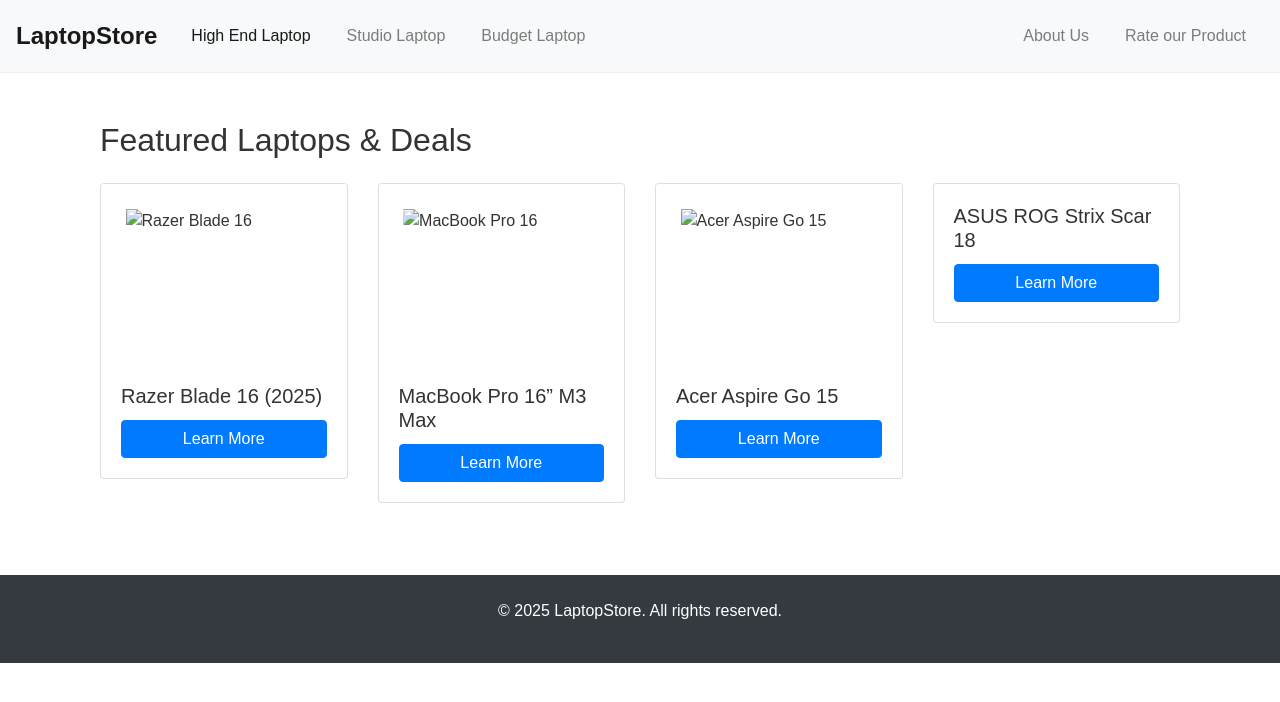
Repository: karim0829/IS218-Django-Laptop-Display
Page: http://localhost/index/
These files come from the project's save history. The page is drawn as it stood at one moment and after the next save; the edit follows.
The browser window is 1280 px wide. The pictures show the whole page.
Some web libraries are served in a nearby version. The page is served by the project's application, run on Django 5.2 (manage.py).

Above is the page before, as saved 2025-05-11 20:39:04.
Not found: index/BudgetPic/AcerAspireGo15.jpg
Not found: static/homepage/StudioPic/macbookpro16.jpg

After the next save:
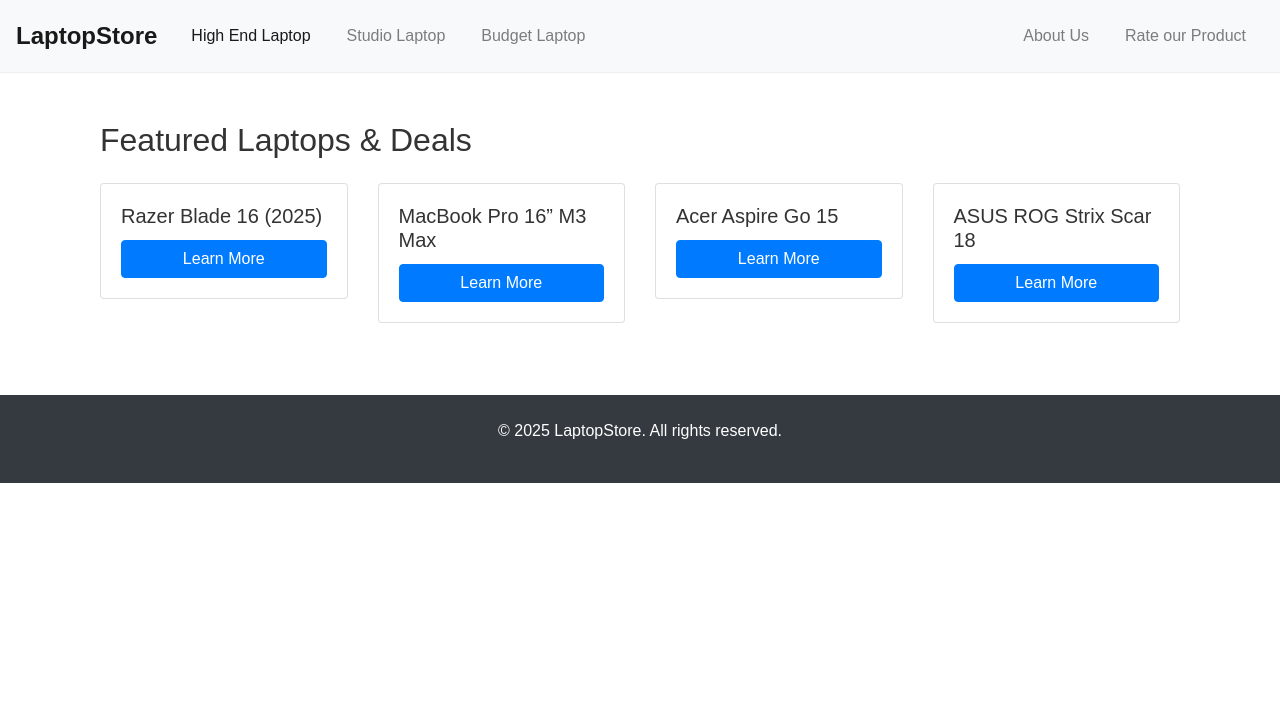
Saved 16 s later.
--- a/homepage/templates/homepage/index.html
+++ b/homepage/templates/homepage/index.html
@@ -13,7 +13,6 @@
         <!-- High-End Laptop: Razer Blade 16 -->
         <div class="col-md-3 col-sm-6 mb-4">
           <div class="card product-card">
-            <img class="card-img-top"alt="Razer Blade 16" />
             <div class="card-body">
 
               <h5 class="card-title">Razer Blade 16 (2025)</h5>
@@ -26,7 +25,6 @@
         <!-- Studio Laptop: MacBook Pro 16” M3 Max -->
         <div class="col-md-3 col-sm-6 mb-4">
           <div class="card product-card">
-            <img class="card-img-top" src="{% static 'homepage/StudioPic/macbookpro16.jpg' %}" alt="MacBook Pro 16" />
             <div class="card-body">
               <h5 class="card-title">MacBook Pro 16” M3 Max</h5>
 
@@ -38,7 +36,6 @@
         <!-- Budget Laptop: Acer Aspire Go 15 -->
         <div class="col-md-3 col-sm-6 mb-4">
           <div class="card product-card">
-            <img class="card-img-top" src="BudgetPic/AcerAspireGo15.jpg" alt="Acer Aspire Go 15" />
             <div class="card-body">
               <h5 class="card-title">Acer Aspire Go 15</h5>
 
